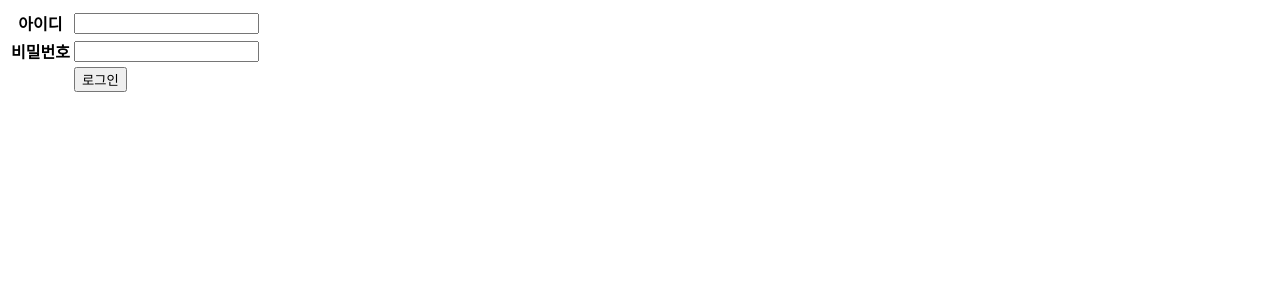
Repository: nameisris/jsp_workspace
Page: http://localhost/Hello/login.jsp
An editor plug-in stored every save of this project. The page is shown before and after the next save, followed by the edit.
The browser window is 1280 px wide. The pictures show the whole page.
The page is served by Tomcat 9. Other server files are loaded and not shown.

Above is the page before, as saved 2023-09-19 03:40:45.

### Hello/src/main/webapp/login.jsp
<%@ page language="java" contentType="text/html; charset=UTF-8"
    pageEncoding="UTF-8"%>
<!DOCTYPE html>
<html>
<head>
<meta charset="UTF-8">
<title>Insert title here</title>
</head>
<body>
<form action="/login" method="post">
<table>
	<tr><th>아이디</th><td><input type="text" name="id"/></td></tr>
	<tr><th>비밀번호</th><td><input type="password" name="password"/></td></tr>
	<tr><td><td colspan="2"><input type="submit" value="로그인"/></td></td></tr>
</table>
</form>
</body>
</html>

After the next save:
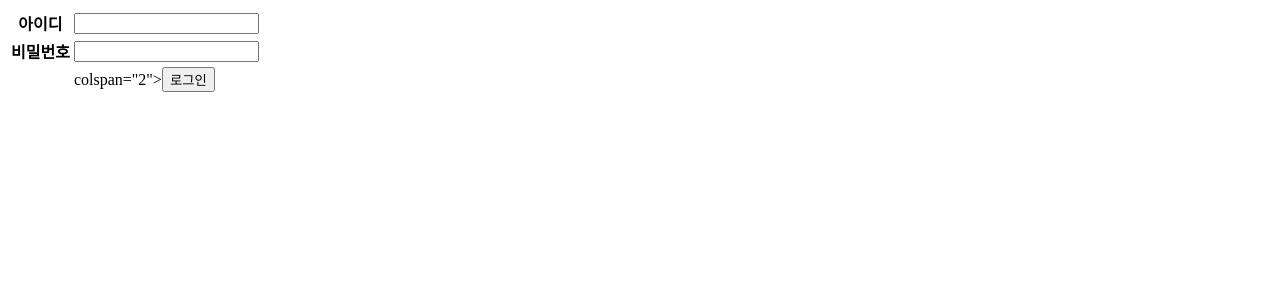
Saved 6 s later.
--- a/Hello/src/main/webapp/login.jsp
+++ b/Hello/src/main/webapp/login.jsp
@@ -11,7 +11,7 @@
 <table>
 	<tr><th>아이디</th><td><input type="text" name="id"/></td></tr>
 	<tr><th>비밀번호</th><td><input type="password" name="password"/></td></tr>
-	<tr><td><td colspan="2"><input type="submit" value="로그인"/></td></td></tr>
+	<tr><td><td> colspan="2"><input type="submit" value="로그인"/></td></td></tr>
 </table>
 </form>
 </body>

After the 3 saves that followed:
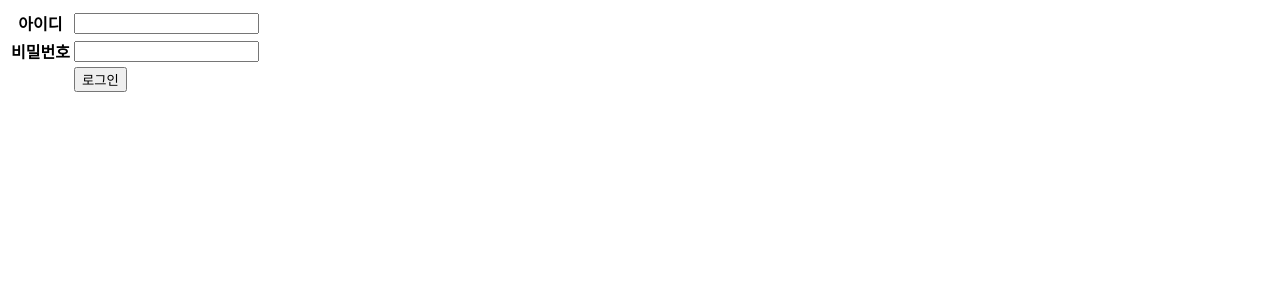
The 3 saves are shown as one change because 1 left the picture as it was and some came seconds apart.
The last was saved 3 min 20 s later.
--- a/Hello/src/main/webapp/login.jsp
+++ b/Hello/src/main/webapp/login.jsp
@@ -7,11 +7,11 @@
 <title>Insert title here</title>
 </head>
 <body>
-<form action="/login" method="post">
+<form action="login" method="post">
 <table>
 	<tr><th>아이디</th><td><input type="text" name="id"/></td></tr>
 	<tr><th>비밀번호</th><td><input type="password" name="password"/></td></tr>
-	<tr><td><td> colspan="2"><input type="submit" value="로그인"/></td></td></tr>
+	<tr><td></td><td><input type="submit" value="로그인"/></td></tr>
 </table>
 </form>
 </body>
